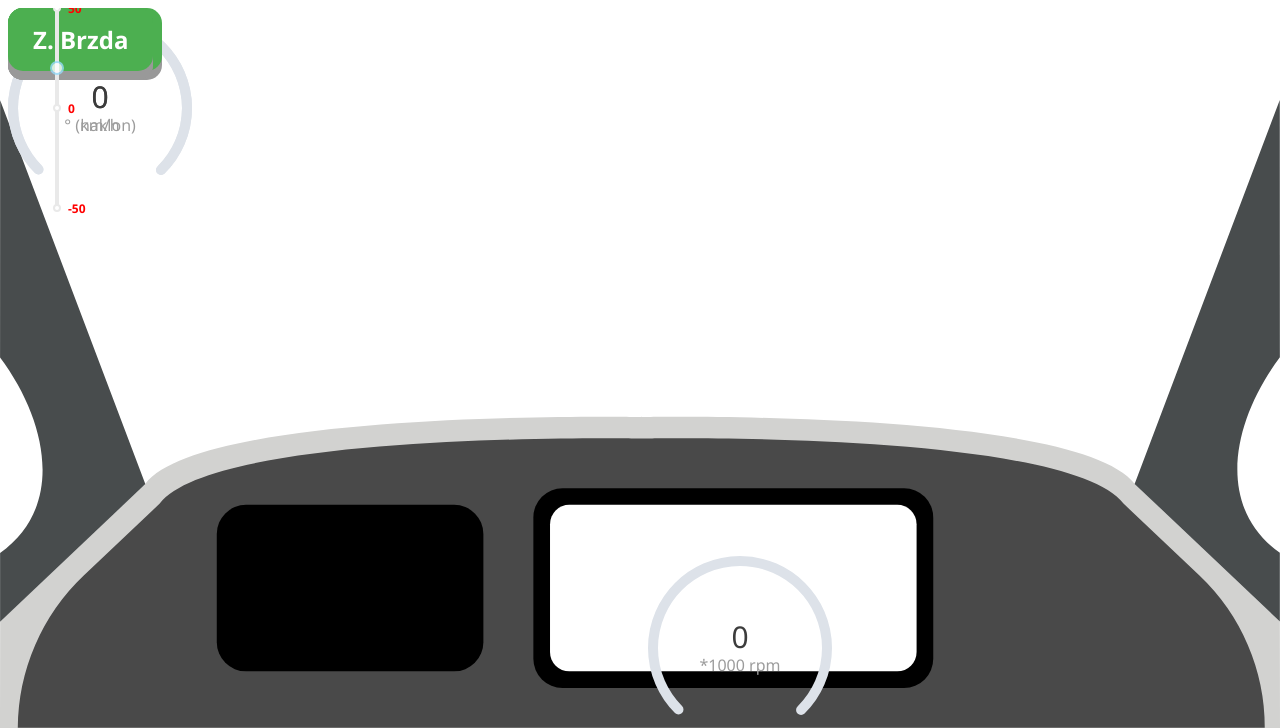
Repository: matyasvelc/train
Page: / (app in frontend/)
An editor plug-in stored every save of this project. The page is shown before and after the next save, followed by the edit.
The browser window is 1280 px wide. The pictures show the whole page.
The page's requests for data from a server got no answer. The project was rebuilt for these pictures with package versions that can differ from the ones it lists, and the page was loaded fresh each time. No one was signed in, and anything a server would have sent is missing.

Above is the page before, as saved 2022-04-04 16:44:52.

After the next save:
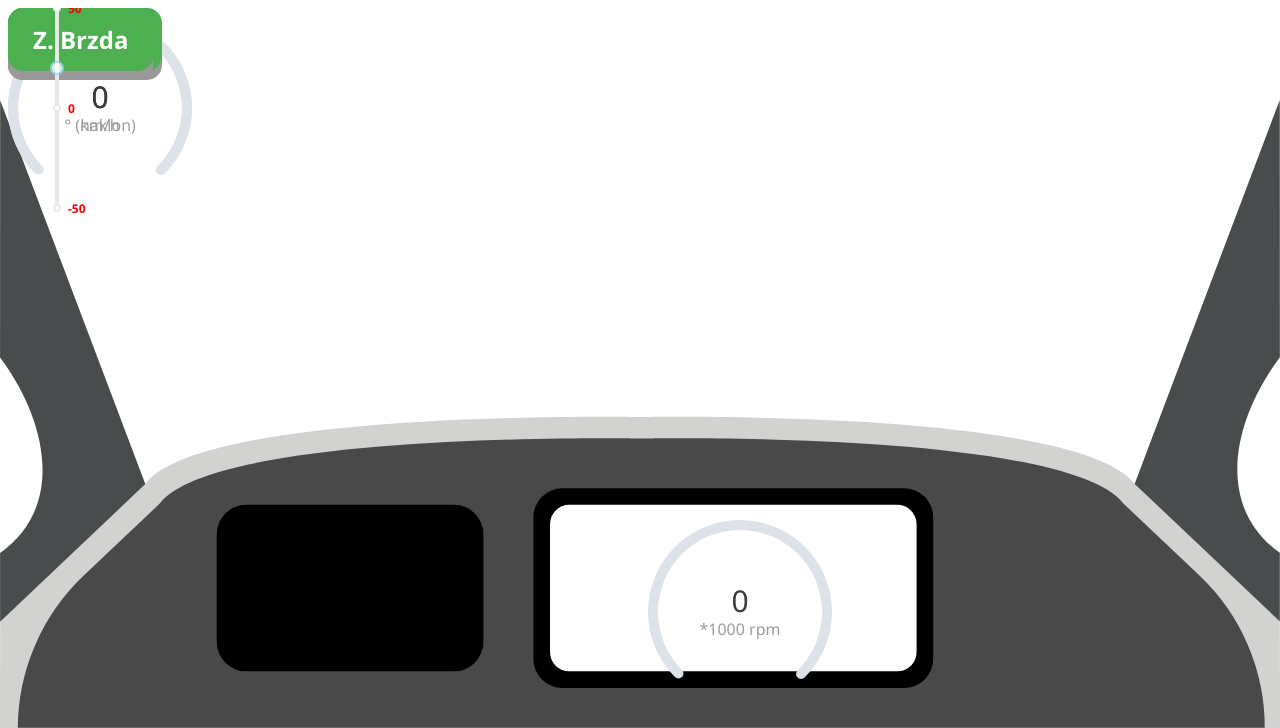
Saved 5 s later.
--- a/frontend/src/styles.css
+++ b/frontend/src/styles.css
@@ -30,7 +30,7 @@ body {
 }
 .budik1{
   position: absolute;
-  top: 75%;
+  top: 70%;
   left: 50%;
 }
 .budik2{
